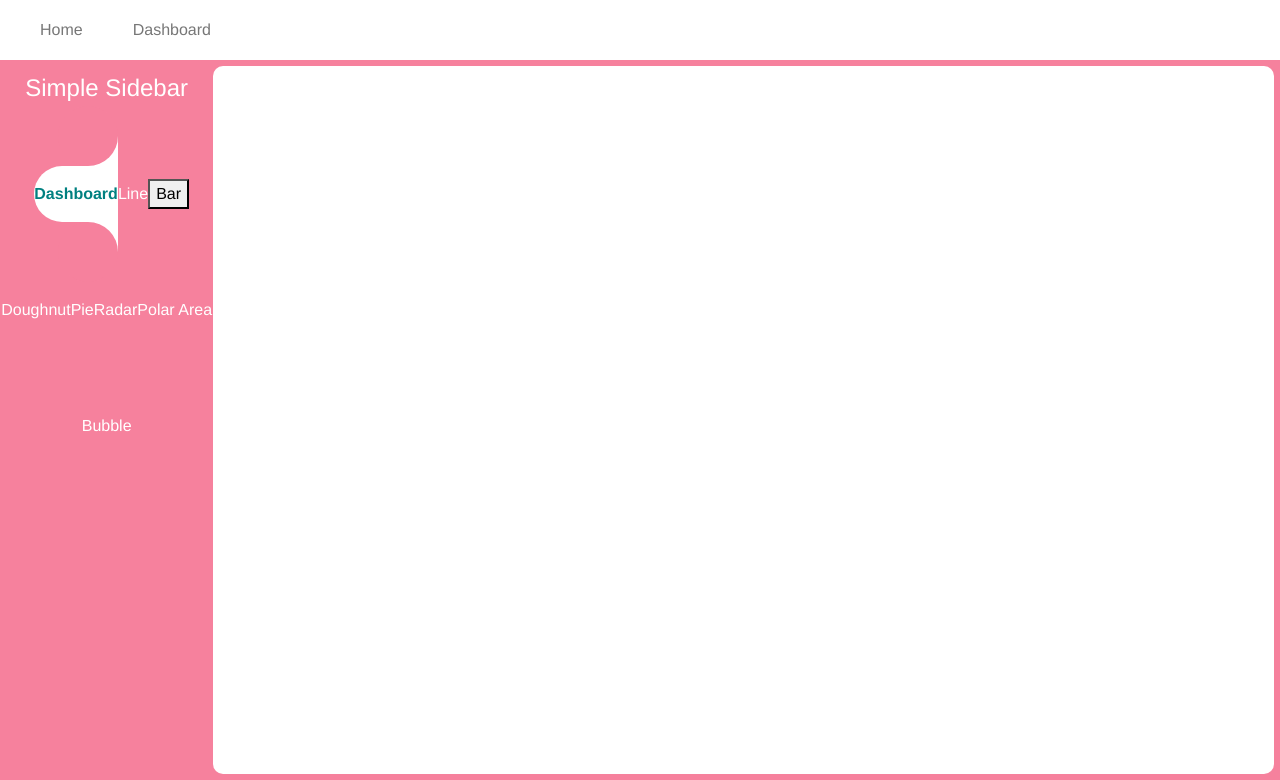
Repository: nashthecoder/vue_learn
Page: /dashboard (app in client/)
An editor plug-in stored every save of this project. The page is shown before and after the next save, followed by the edit.
The browser window is 1280 px wide. The pictures show the whole page.
The project was rebuilt for these pictures with package versions that can differ from the ones it lists, and the page was loaded fresh each time. Imported but missing from the stored project, and not drawn on this page: client/src/views/Home.vue.

Above is the page before, as saved 2020-12-25 01:22:27.

After the next save:
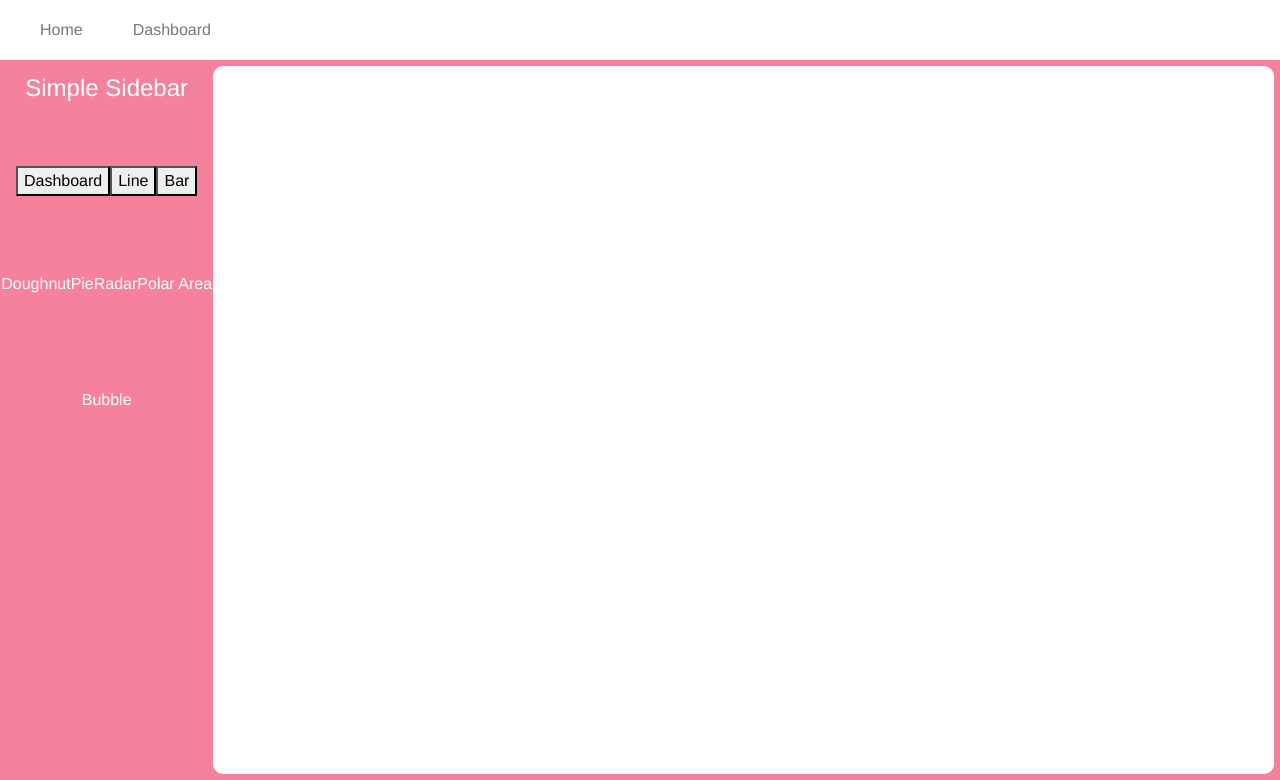
Saved 89 s later.
--- a/client/src/components/Sidebar.vue
+++ b/client/src/components/Sidebar.vue
@@ -4,17 +4,28 @@
       Simple Sidebar
     </div>
     <div class="menu-items">
-      <router-link to="/dashboard" active-class="active" tag="button" exact class="side-btn">
+      <router-link
+        to="/dashboard"
+        active-class="active"
+        tag="button"
+        exactclass="side-btn"
+      >
         <div class="link-container">
           Dashboard
         </div>
       </router-link>
-      <router-link to="/line" active-class="active" tag="button" exact class="side-btn">
+      <router-link
+        to="/line"
+        active-class="active"
+        tag="button"
+        exactclass="side-btn"
+      >
         <div class="link-container">
           Line
         </div>
       </router-link>
-      <router-link to="/bar"
+      <router-link
+        to="/bar"
         active-class="active"
         tag="button"
         exactclass="side-btn"
